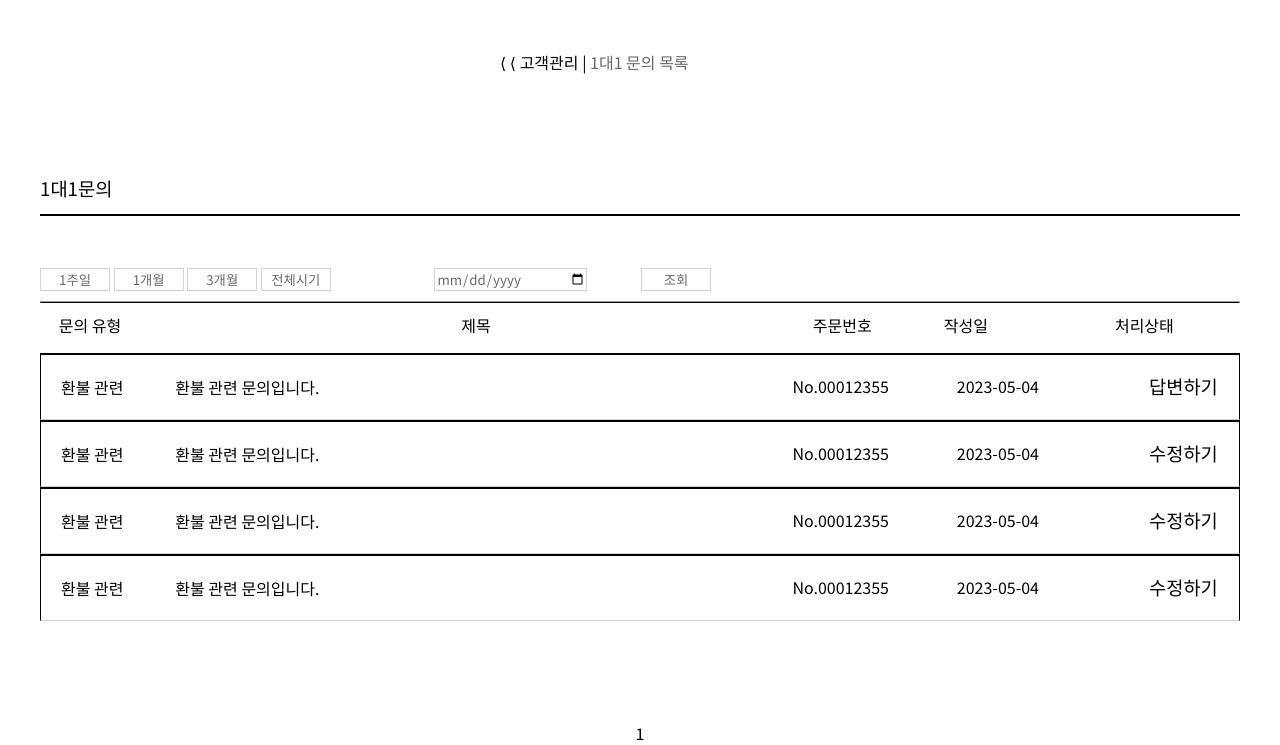
Repository: mcw9503/PassionForFashion
Page: Semi_Project/src/main/webapp/WEB-INF/QnaPage.html
These files come from the project's save history. The page is drawn as it stood at one moment and after the next save; the edit follows.
The browser window is 1280 px wide. The pictures show the whole page.

Above is the page before, as saved 2023-05-07 08:49:04.

### Semi_Project/src/main/webapp/WEB-INF/QnaPage.html
<!DOCTYPE html>
<html>
<head>
<meta charset="UTF-8">
<title>Insert title here</title>
<link href="https://fonts.googleapis.com/earlyaccess/notosanskr.css"
	rel="stylesheet">
</head>

<style>

* {
	outline: none;
	margin: 0;
	font-family: 'Noto Sans KR', sans-serif;
}

input[id*="answer"] {
	display: none;
}

input[id*="answer"] + label {
	display:block;
	padding:20px;
	border:1px solid black;
	border-top:2px solid black;
	border-bottom: 1px solid lightgray;
	color:black;
	font-weight:200;
	background: white;
	position: relative;
}


input[id*="answer"] + label h3 {
	position: absolute;
	top: 50%;
	right:10px;
	width:80px;
	height:30px;
	margin-top: -15px;
	border-top: none:
	background: white;
	font-weight: 200;
}

input[id*="answer"] + label span {
	position: absolute;
	top: 30%;
	right:200px;
}



input[id*="answer"] + label + div {
	max-height: 0;
	transition: all .35s;
	overflow: hidden;
	background: white;
	font-size: 11px;
	border-left: 1px solid lightgray;
	border-right: 1px solid lightgray;
}

input[id*="answer"] + label + div:last-child{
	border-bottom : 1px solid black;
}

input[id*="answer"] + label + div p {
	display:inline-block;
	padding:20px;
}

input[id*="answer"]:checked + label + div {
	max-height: 500px;
}
.qnaCategoy {
font-weight: 500;
}
hr{
border-bottom: 1px solid black;
}
div button {
	color: dimgray;
	background:white;
	border: 1px solid lightgray;
	margin-bottom: 10px;
	width: 70px;
}

div button:active{
	color: black;
	background:white;
	border: 0.5px solid black;
}

div form input {
	color: dimgray;
	background:white;
	border: 1px solid lightgray;
	margin-bottom: 10px;
	width: 70px;
}

div form input:active {
	color: black;
	background:white;
	border: 0.5px solid black;
}



</style>
<body>
	<div style="display:inline-block; margin-left: 500px; margin-bottom: 100px; margin-top: 50px;">&lang; &lang; 고객관리 <span>|</span> <span style="color:dimgray;">  1대1 문의 목록</span>
	</div>
	<div class="qnaWrap" style="width: 1200px; margin: auto;" >

		<h3 style="font-weight: 400; margin-bottom: 30px; border-bottom: 2px solid black; height: 40px;"> 1대1문의</h3>
		<div style="margin-top: 50px;">
			<form>
				<button type="button">1주일</button>
				<button type="button">1개월</button>
				<button type="button">3개월</button>
				<button type="button" name="date">전체시기</button>
				<input type="date" name="date" style="width:  150px; margin-left: 100px; margin-right: 50px;">
				<input type="submit" name="submit" value="조회">
			</form>
		</div>

		<hr style="margin-bottom: 10px; font-weight: 800; color:black;">

		<div style="display: inline-block; text-align: center; width: 100px; height: 40px;">
			<p>문의 유형</p>
		</div>
		<div style="display: inline-block; text-align: center; width: 665px; height: 40px;">
			<p> 제목 </p>
		</div>
		<div style="display: inline-block; text-align: center; width: 60px; height: 40px; margin-right:40px;">
			<p> 주문번호 </p>
		</div>
		<div style="display: inline-block; text-align: center; width: 100px; height: 40px; margin-right: 80px;">
			<p> 작성일 </p>
		</div>
		<div style="display: inline-block; text-align: center; width: 90px; height: 40px; ">
			<p> 처리상태 </p>
		</div>

		<input type="checkbox" id="answer01">
		<label for="answer01">
		<div class="qnaCategoy" style="display: inline-block; width: 100px;">환불 관련</div>
		&nbsp;&nbsp;
		환불 관련 문의입니다.
		<span style="margin-right: 150px;">No.00012355</span>
		<span>2023-05-04</span>
		<h3 class="ansComplete"style="margin-left: 15px; ">답변하기</h3></label>
		<div>
			<p class="qnaAnswer"></p>
		</div>

		<input type="checkbox" id="answer02">
		<label for="answer02">
		<div class="qnaCategoy" style="display: inline-block; width: 100px;">환불 관련</div>
		&nbsp;&nbsp;
		환불 관련 문의입니다.
		<span style="margin-right: 150px;">No.00012355</span>
		<span>2023-05-04</span>
		<h3 class="ansComplete" style="margin-left: 15px;"></h3></label>
		<div>
			<p class="qnaAnswer">답변완료 해드렸습니다.</p>
		</div>

		<input type="checkbox" id="answer03">
		<label for="answer03">
		<div class="qnaCategoy" style="display: inline-block; width: 100px;">환불 관련</div>
		&nbsp;&nbsp;
		환불 관련 문의입니다.
		<span style="margin-right: 150px;">No.00012355</span>
		<span>2023-05-04</span><h3 class="ansComplete" style="margin-left: 15px;">답변하기</h3></label>
		<div>
			<p class="qnaAnswer">답변완료 해드렸습니다. 다른 문의는 더 필요 없으신가요.
			저희 쇼핑몰을 이용해주셔서 감사드립니다. 좋은 하루 보내세요.</p>
		</div>

		<input type="checkbox" id="answer04">
		<label for="answer04">
		<div class="qnaCategoy" style="display: inline-block; width: 100px;">환불 관련</div>
		&nbsp;&nbsp;
		환불 관련 문의입니다.
		<span style="margin-right: 150px;">No.00012355</span>
		<span>2023-05-04</span><h3  class="ansComplete" style="margin-left: 15px;">답변하기</h3></label>
		<div>
			<p class="qnaAnswer">답변완료 해드렸습니다. 다른 문의는 더 필요 없으신가요.
			저희 쇼핑몰을 이용해주셔서 감사드립니다. 좋은 하루 보내세요.</p>
		</div>

		<div class="pageNum" style="margin-top: 100px; text-align: center;">1</div>

	</div>



	<script>
	window.onload = function(){
	const qnaAnswer = document.querySelectorAll(".qnaAnswer");
	const ansComplete = document.querySelectorAll(".ansComplete");


		for(i=0; i<qnaAnswer.length; i++){
			if(qnaAnswer[i].innerText == ""){
				ansComplete[i].innerText="답변하기";
			}else{
				ansComplete[i].innerText = "수정하기";
			}

		}



	}

	</script>

</body>
</html>

After the next save:
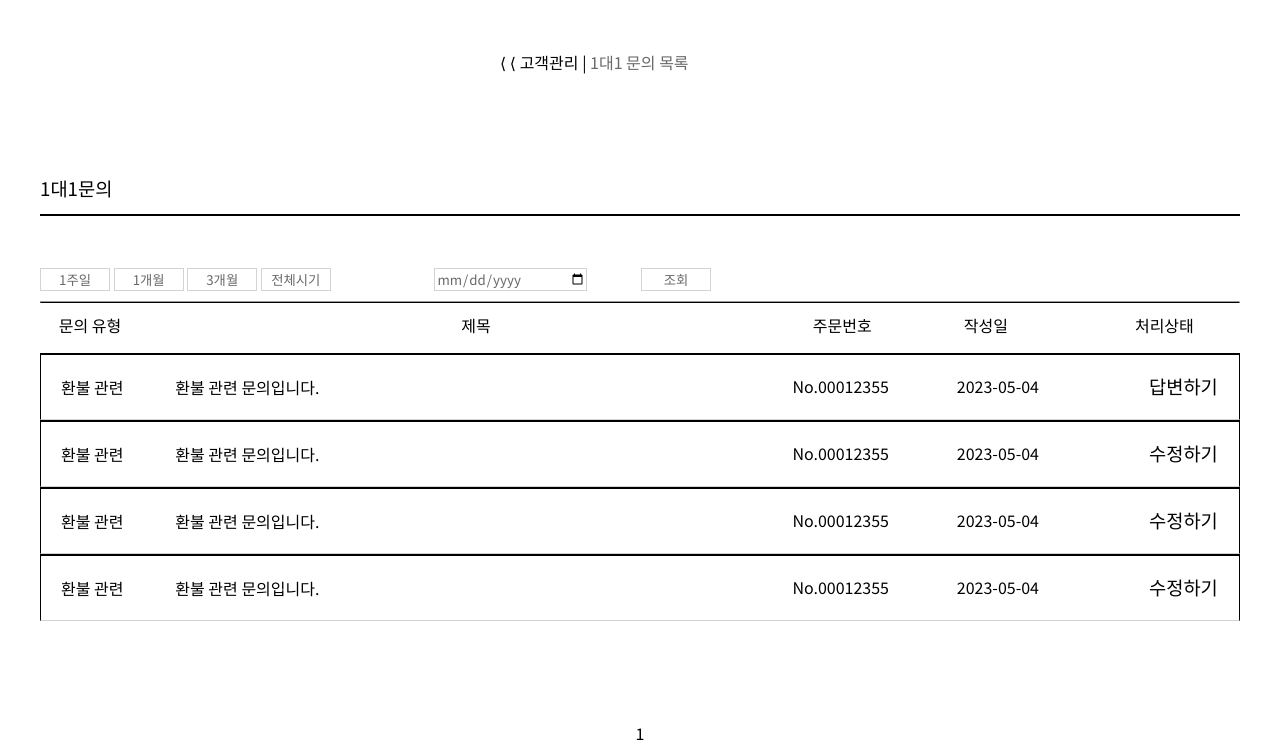
Saved 11 s later.
--- a/Semi_Project/src/main/webapp/WEB-INF/QnaPage.html
+++ b/Semi_Project/src/main/webapp/WEB-INF/QnaPage.html
@@ -136,7 +136,7 @@ div form input:active {
 		<div style="display: inline-block; text-align: center; width: 665px; height: 40px;">
 			<p> 제목 </p>
 		</div>
-		<div style="display: inline-block; text-align: center; width: 60px; height: 40px; margin-right:40px;">
+		<div style="display: inline-block; text-align: center; width: 60px; height: 40px; margin-right:60px;">
 			<p> 주문번호 </p>
 		</div>
 		<div style="display: inline-block; text-align: center; width: 100px; height: 40px; margin-right: 80px;">
